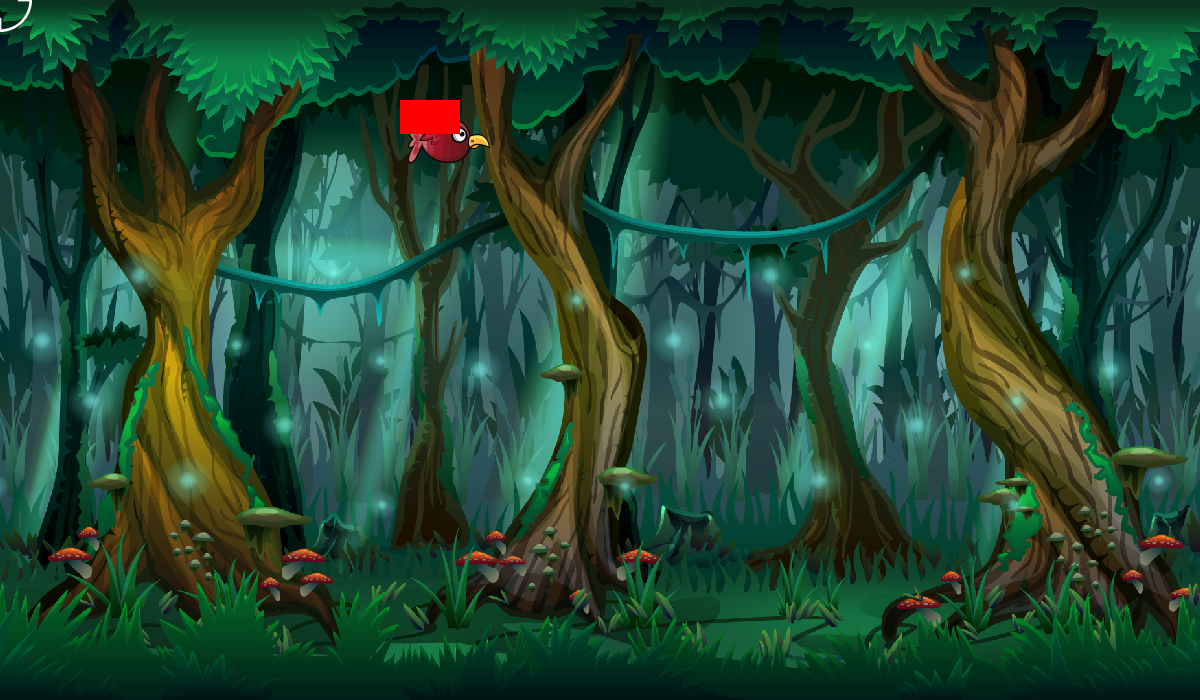
Repository: mys-pro/demo_shooting_bird_vision
Script's output: python main.py
An editor plug-in stored every save of this project. The script's output is shown before and after the next save, followed by the edit.
The window is shown after at most 60 frames with no key pressed. Random numbers start from a fixed seed. It also reads assets/images/backgrounds/Cartoon_Forest_BG_01.png, assets/images/backgrounds/Cartoon_Forest_BG_02.png, assets/images/backgrounds/Cartoon_Forest_BG_03.png, assets/images/backgrounds/Cartoon_Forest_BG_04.png, assets/images/birds/bird1/b-1.png, assets/images/birds/bird1/b-2.png, assets/images/birds/bird1/b-3.png, assets/images/birds/bird1/b-4.png, assets/images/icon.png, assets/images/viewfinder.png.

Above is the script's output before, as saved 2024-06-16 18:10:17.

After the next save:
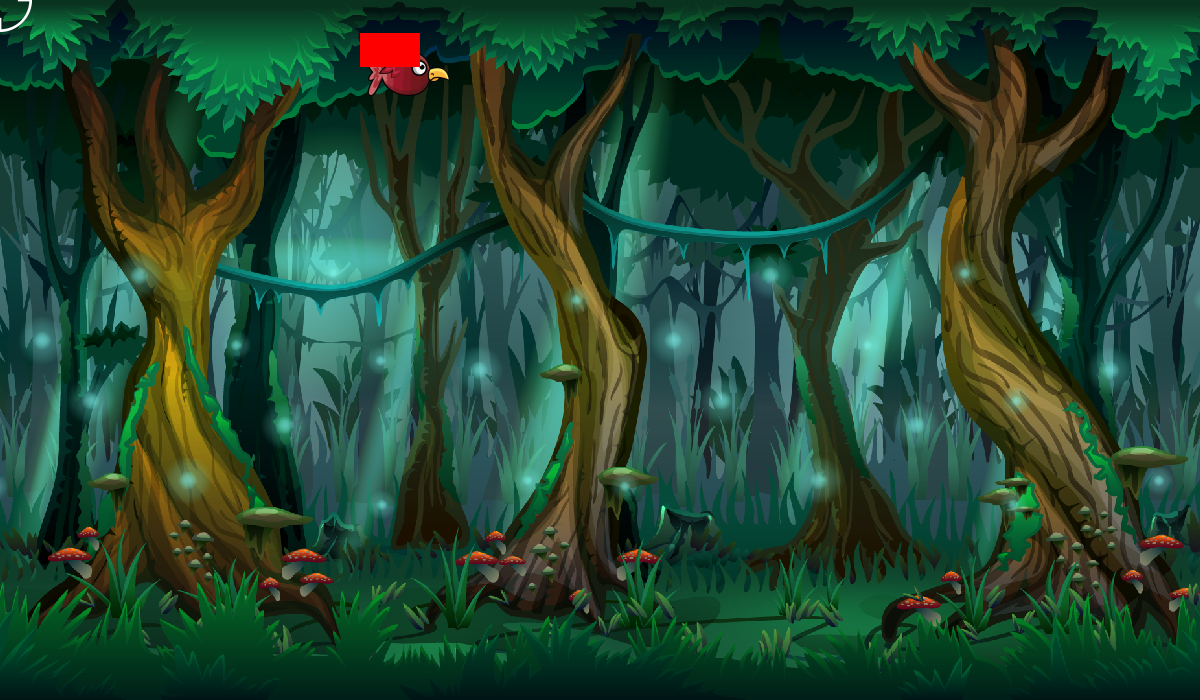
Saved 15 s later.
--- a/main.py
+++ b/main.py
@@ -46,8 +46,8 @@
         self.image_smaller = pygame.transform.scale(self.image_copy, (self.image_copy.get_width() - 30, self.image_copy.get_height() - 30))
         self.rect = self.image_smaller.get_rect()
         self.rect.center = (self.image.get_width(), y // 2)
-        self.rect.x = x
-        self.rect.y = y
+        # self.rect.x = x
+        # self.rect.y = y
         self.speed = speed
         self.frame_rate = frame_rate
         self.frame_rate_count = 0

After the save that followed:
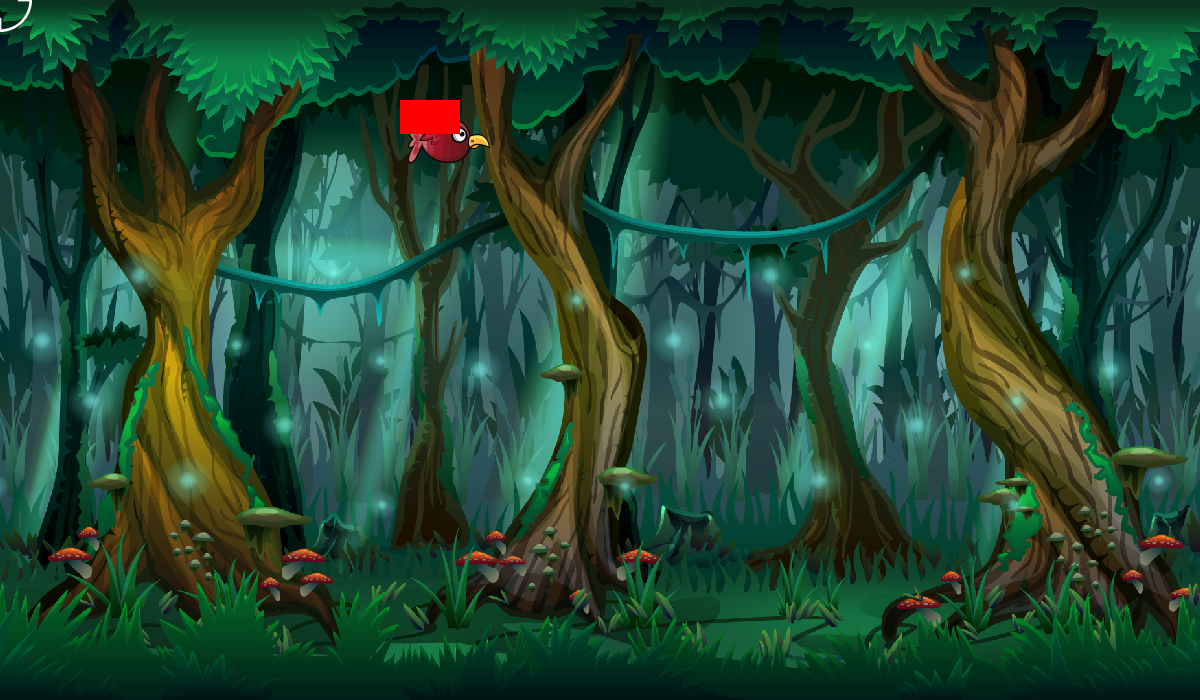
Saved 13 s later.
--- a/main.py
+++ b/main.py
@@ -46,8 +46,8 @@
         self.image_smaller = pygame.transform.scale(self.image_copy, (self.image_copy.get_width() - 30, self.image_copy.get_height() - 30))
         self.rect = self.image_smaller.get_rect()
         self.rect.center = (self.image.get_width(), y // 2)
-        # self.rect.x = x
-        # self.rect.y = y
+        self.rect.x = x
+        self.rect.y = y
         self.speed = speed
         self.frame_rate = frame_rate
         self.frame_rate_count = 0
